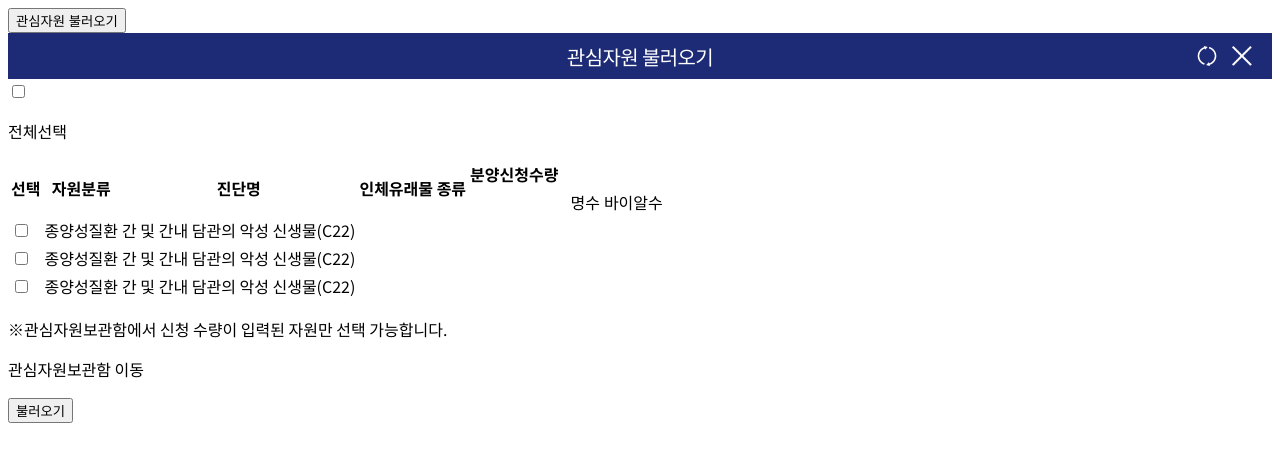
Repository: dlgywls1130/one_popup
Page: index.html
An editor plug-in stored every save of this project. The page is shown before and after the next save, followed by the edit.
The browser window is 1280 px wide. The pictures show the whole page.

Above is the page before, as saved 2023-10-25 00:02:05.

### index.html
<!DOCTYPE html>
<html lang="en">
<head>
    <meta charset="UTF-8">
    <meta name="viewport" content="width=device-width, initial-scale=1.0">
    <title>관심자원</title>

    <link rel="stylesheet" href="./style.css">
</head>
<body>
    <button type="button">관심자원 불러오기</button>

    <div class="modal_new">
        <div class="modal_head">
            <div class="modal_title">관심자원 불러오기</div>
            <div class="modal_right">
                <div class="refresh">
                    <img src="./img/reload.png">
                </div>
                <div class="close">
                    <img src="./img/close.png">
                </div>
            </div>
        </div>
        <div class="modal_body">
            <div class="all_check">
                <label>
                    <input type="checkbox">
                    <p>전체선택</p>
                </label>
            </div>

            <div class="body_all_list">
                <table class="list_table_wrap">
                    <tr>
                        <th rowspan='2'>선택</th>
                        <th rowspan='2'>자원분류</th>
                        <th rowspan='2'>진단명</th>
                        <th rowspan='2'>인체유래물 종류</th>
                        <th colspan='2'>분양신청수량</th>
                    </tr>
                    <tr>
                        <td></td>
                        <td></td>
                        <td></td>
                        <td></td>
                        <td>명수</td>
                        <td>바이알수</td>
                    </tr>
                    <tr>
                        <td><input type="checkbox" name="choice"></td>
                        <td>종양성질환</td>
                        <td>간 및 간내 담관의 악성 신생물(C22)</td>
                        <td></td>
                        <td></td>
                        <td></td>
                    </tr>
                    <tr>
                        <td><input type="checkbox" name="choice"></td>
                        <td>종양성질환</td>
                        <td>간 및 간내 담관의 악성 신생물(C22)</td>
                        <td></td>
                        <td></td>
                        <td></td>
                    </tr>
                    <tr>
                        <td><input type="checkbox" name="choice"></td>
                        <td>종양성질환</td>
                        <td>간 및 간내 담관의 악성 신생물(C22)</td>
                        <td></td>
                        <td></td>
                        <td></td>
                    </tr>
                </table>
            </div>


            <p>※관심자원보관함에서 신청 수량이 입력된 자원만 선택 가능합니다.</p>
            <div class="bookmark_link">
                <div class="bookmark_img"></div>
                <p>관심자원보관함 이동</p>
            </div>

            <div class="button_import">
                <button type="button">불러오기</button>
            </div>
        </div>
    </div>
</body>
</html>

### style.css

  @import url('https://fonts.googleapis.com/css2?family=Noto+Sans+KR:wght@300;400;500;700&display=swap');

  .modal_new{
    font-family: 'Noto Sans KR', sans-serif;
  }

.modal_head{
    width: 100%;
    height: 46px;
    display: flex;
    align-items: center;
    justify-content: center;
    background-color: #1D2A75;
    position: relative;
}

.modal_title{
    font-size: 20px;
    letter-spacing: -0.03em;
    color: #fff;
    font-weight: 500;
}

.modal_right{
    position: absolute;
    top: 50%;
    right: 20px;
    transform: translate(0,-50%);
    display: flex;
    align-items: center;
}

.modal_right .refresh{
    margin-right: 15px;
}
.modal_right .refresh,
.modal_right .close{
    width: 20px;
    height: 20px;
}

.modal_right .refresh img,
.modal_right .close img{
    width: 100%;
    height: 100%;
}

.body_all_list{
    border-top: #565656;
}

After the next save:
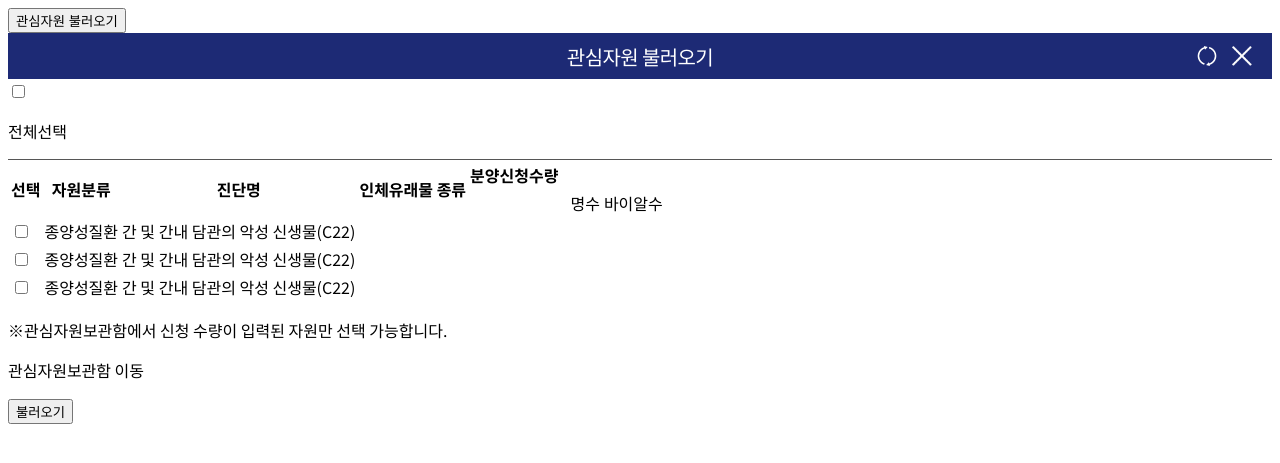
Saved 48 s later.
--- a/style.css
+++ b/style.css
@@ -47,5 +47,5 @@
 }
 
 .body_all_list{
-    border-top: #565656;
+    border-top: 1px solid #565656;
 }
